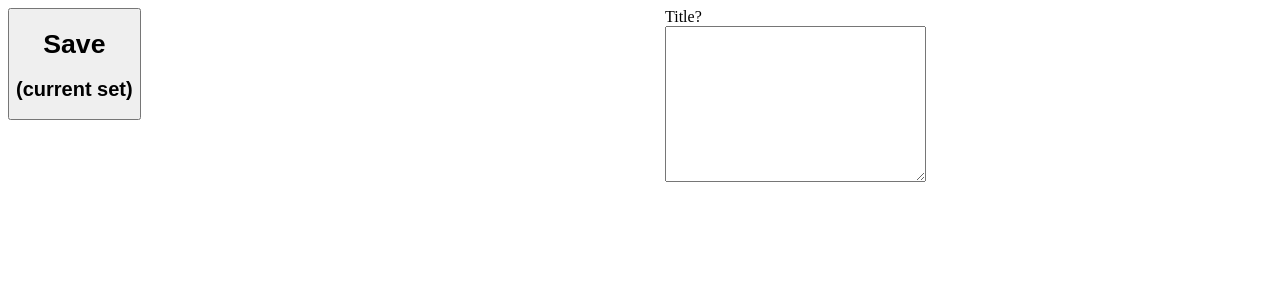
Repository: pixman92/GitTab
Page: popup.html
The author's editor kept a copy of each file at every save. The page is drawn from the files as they stood at one save, then again after a run of saves.
The browser window is 1280 px wide. The pictures show the whole page.

Above is the page before, as saved 2020-01-24 13:38:00.

After the next 2 saves:
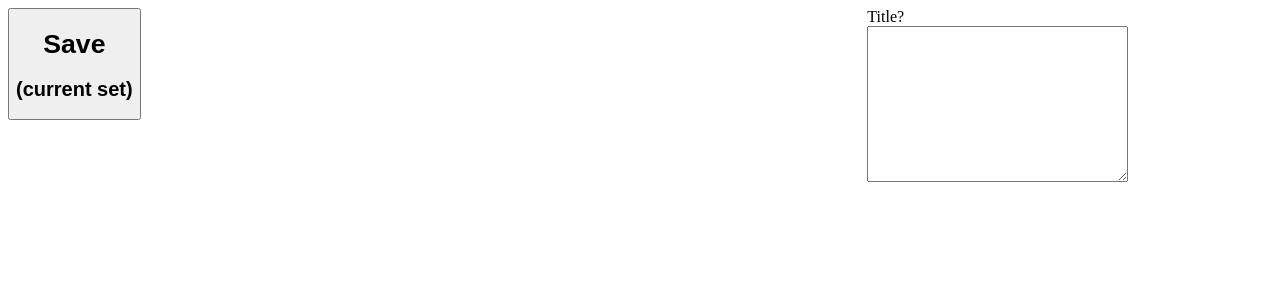
The 2 saves are shown as one change because they came seconds apart.
The last was saved 10 s later.
--- a/popup.html
+++ b/popup.html
@@ -14,7 +14,7 @@ showing the different commands -->
     <style>
         .grid1{
             display: grid;
-            grid-template-columns: 1fr 1fr;
+            grid-template-columns: 2fr 1fr;
             grid-gap: 50px;
         }
         .grid2{
